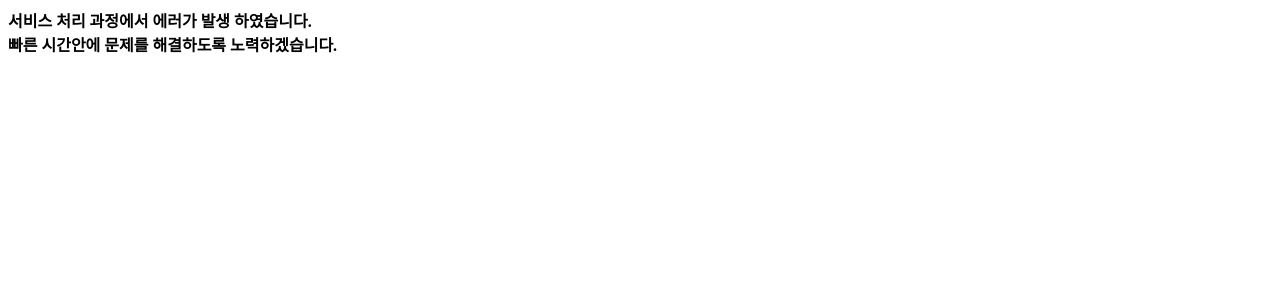
Repository: seminocoe/JSP_STUDY
Page: http://localhost/ServletProject/error/error500.jsp
An editor plug-in stored every save of this project. The page is shown before and after the next save, followed by the edit.
The browser window is 1280 px wide. The pictures show the whole page.
The page is served by Tomcat 9. Other server files are loaded and not shown.

Above is the page before, as saved 2022-08-02 00:44:57.

### ServletProject/src/main/webapp/error/error500.jsp
<%@ page language="java" contentType="text/html; charset=UTF-8"
    pageEncoding="UTF-8"%>
    <%
    response.setStatus(HttpServletResponse.SC_OK);
    %>
<!DOCTYPE html>
<html>
<head>
<meta charset="UTF-8">
<title>500에러발생</title>
</head>
<body>
<b>서비스 처리 과정에서 에러가 발생 하였습니다.</b><br>
<b>빠른 시간안에 문제를 해결하도록 노력하겠습니다.</b><br>
</body>
</html>

After the next save:
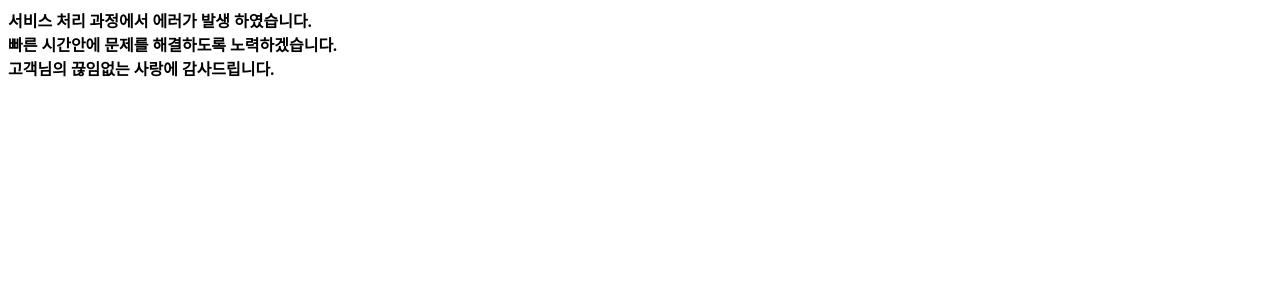
Saved 43 s later.
--- a/ServletProject/src/main/webapp/error/error500.jsp
+++ b/ServletProject/src/main/webapp/error/error500.jsp
@@ -12,5 +12,6 @@
 <body>
 <b>서비스 처리 과정에서 에러가 발생 하였습니다.</b><br>
 <b>빠른 시간안에 문제를 해결하도록 노력하겠습니다.</b><br>
+<b>고객님의 끊임없는 사랑에 감사드립니다.</b>
 </body>
 </html>
